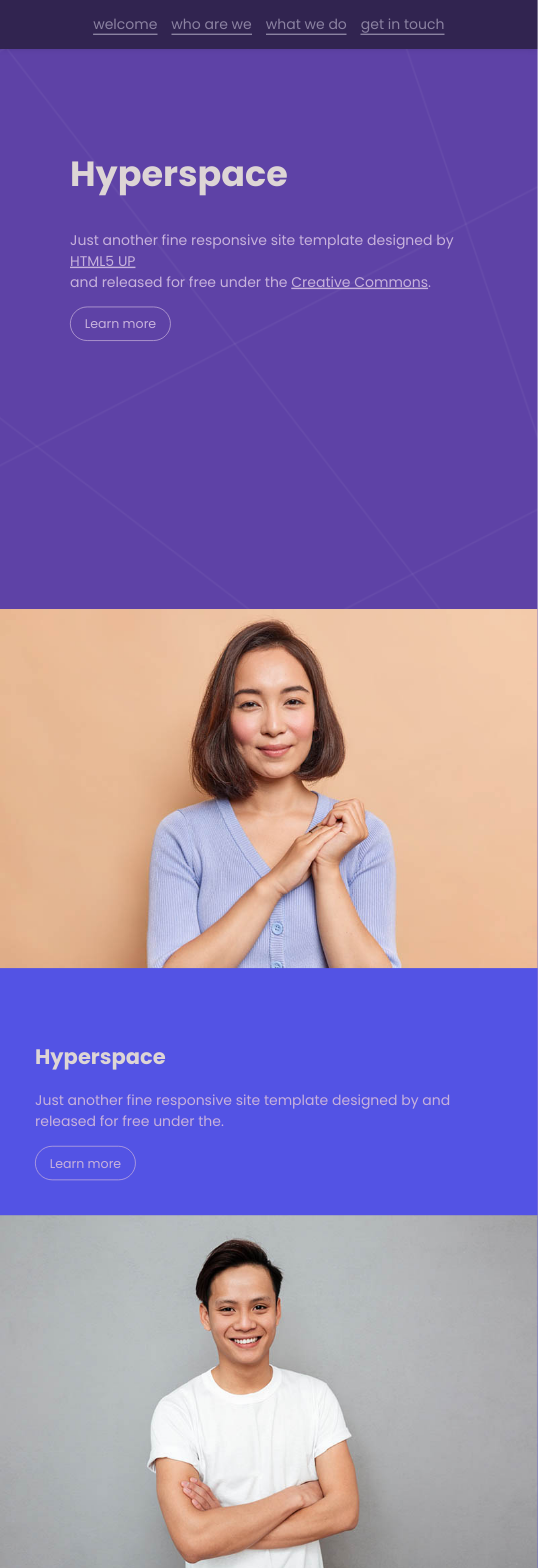
Repository: zai31/KIMIT_Tasks
Page: JsSession8/index.html
An editor plug-in stored every save of this project. The page is shown before and after the next save, followed by the edit.
The browser window is 768 px wide. The pictures show the part of the page from y = 0 to 2240 px (the page is 6206 px tall before and 6136 px after), at 70% of full size.
Backgrounds fixed to the window are drawn as part of the page.

Above is the page before, as saved 2025-09-17 15:55:52.

After the next save:
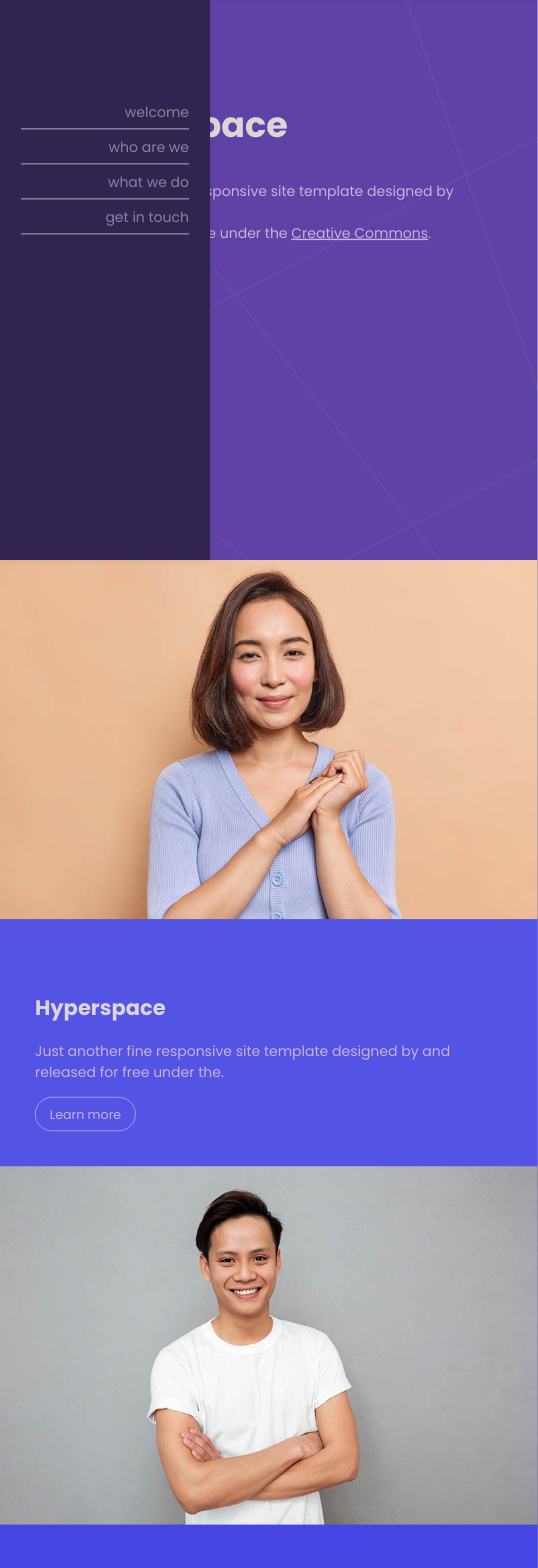
Saved 9 s later.
--- a/JsSession8/CSS/style.css
+++ b/JsSession8/CSS/style.css
@@ -102,7 +102,7 @@
 }
 
 /*****respponsive *****/
-@media screen and (max-width: 1023px) {
+@media screen and {
   .flex-section {
     flex-direction: column; /* stack menu on top */
   }

After the save that followed:
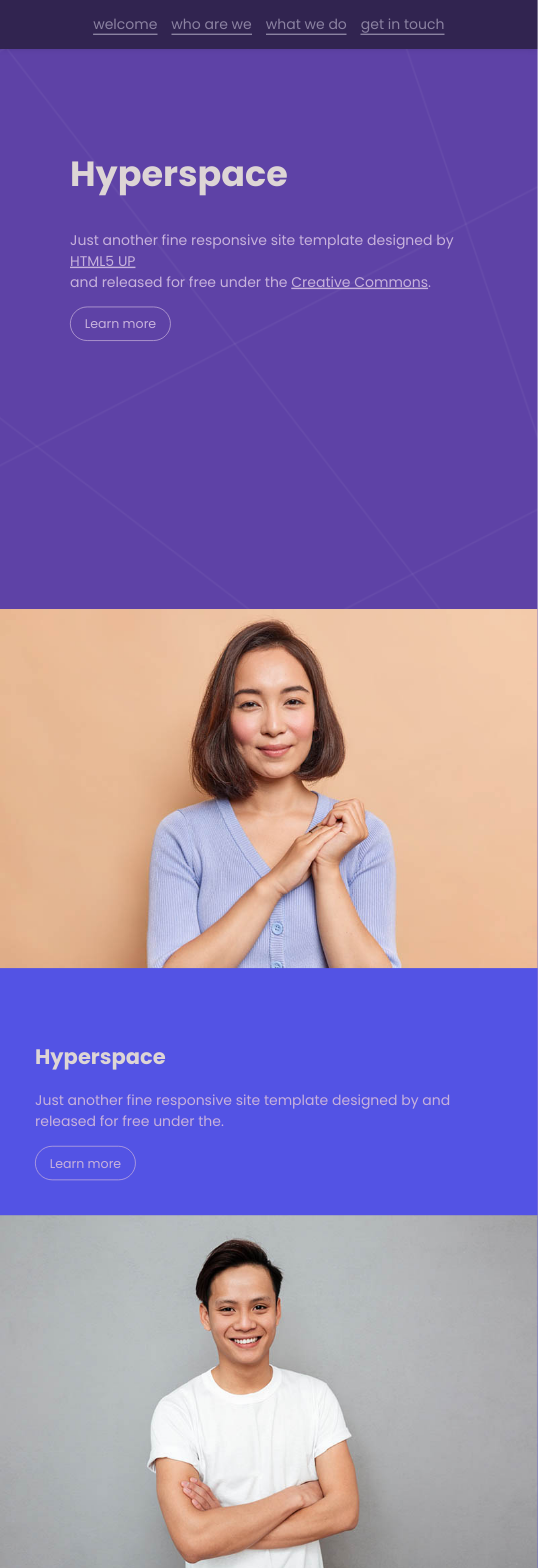
Saved 29 s later.
--- a/JsSession8/CSS/style.css
+++ b/JsSession8/CSS/style.css
@@ -102,7 +102,7 @@
 }
 
 /*****respponsive *****/
-@media screen and {
+@media screen and (min-width: 425px) and (max-width: 768px) {
   .flex-section {
     flex-direction: column; /* stack menu on top */
   }
